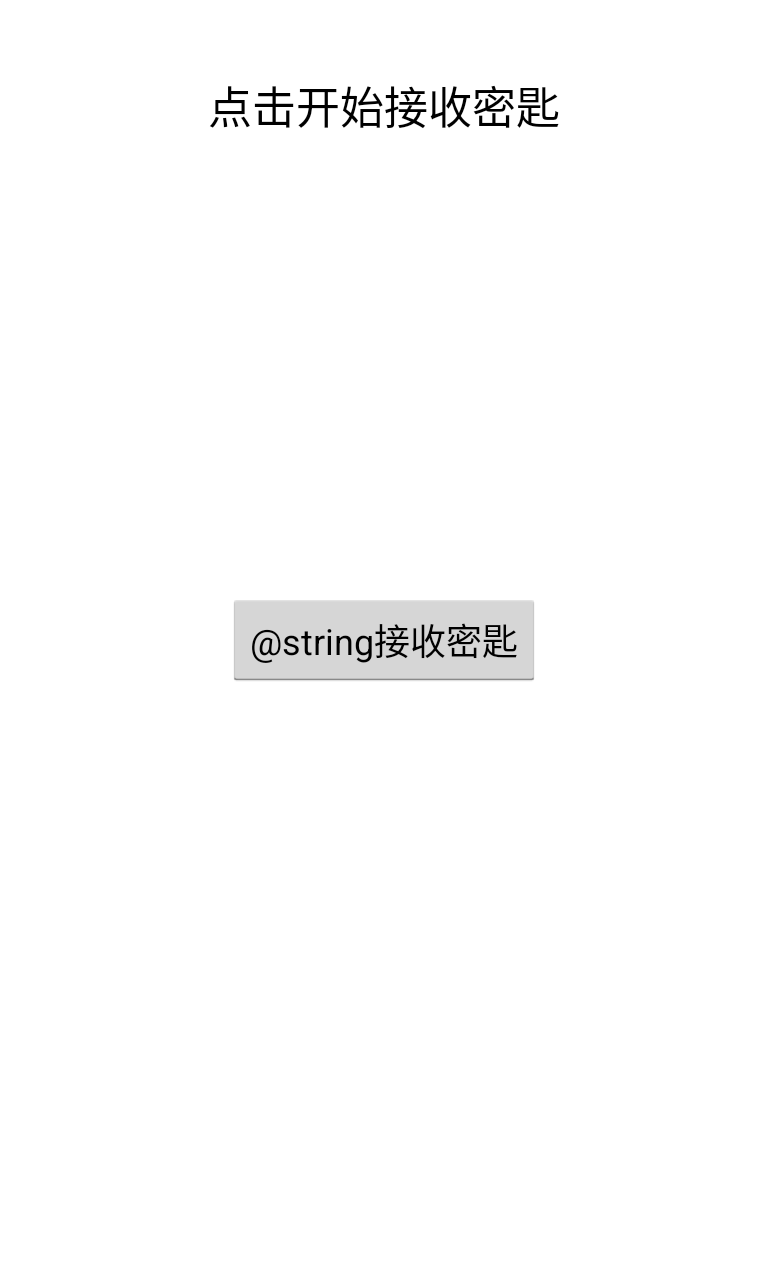
Repository: tenglei/AndroidBackup
Layout: AndroidTest/res/layout/activity_main.xml
An editor plug-in stored every save of this project. The layout is shown before and after the next save, followed by the edit.
It is drawn on a 768 x 1280 px phone screen (xhdpi) without system bars, with theme AppTheme; the app's code is not run.

Above is the layout before, as saved 2017-01-02 06:37:00.

After the next save:
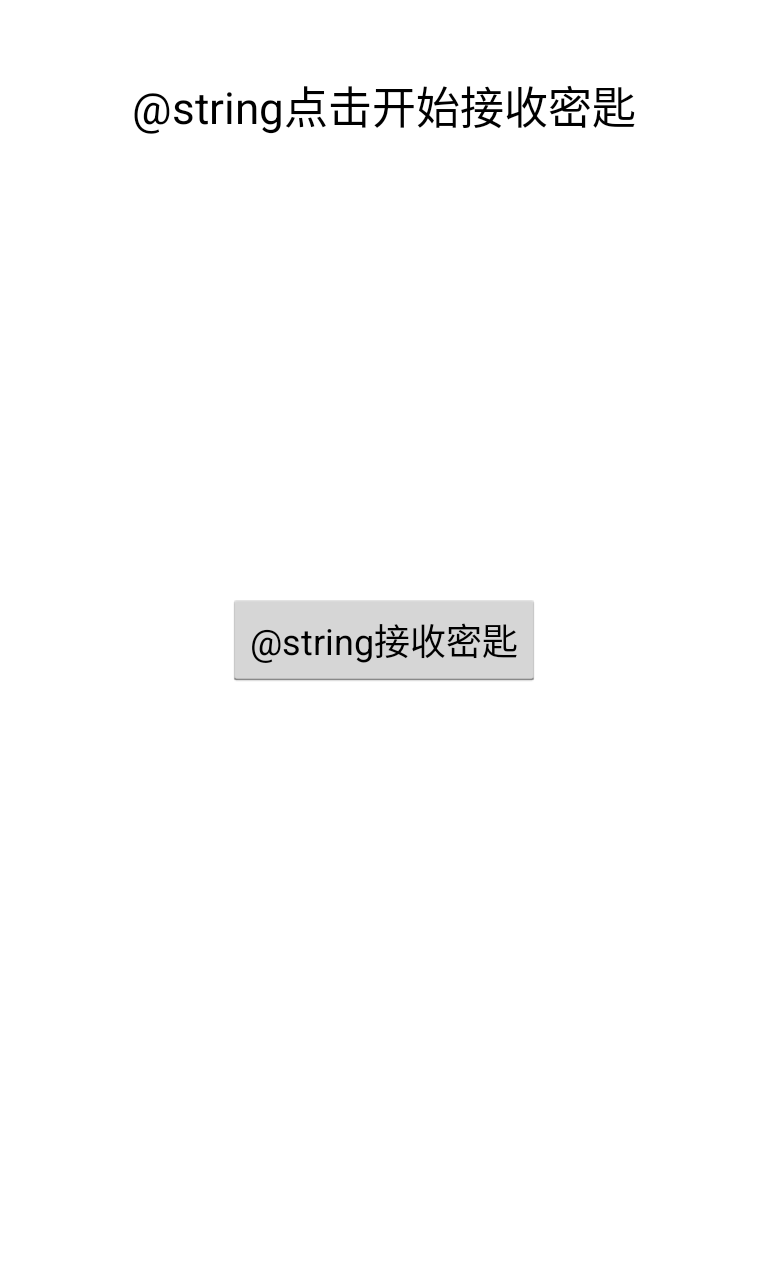
Saved 9 s later.
--- a/AndroidTest/res/layout/activity_main.xml
+++ b/AndroidTest/res/layout/activity_main.xml
@@ -23,7 +23,7 @@
         android:layout_alignParentTop="true"
         android:layout_centerHorizontal="true"
         android:layout_marginTop="20dp"
-        android:text="点击开始接收密匙"
+        android:text="@string点击开始接收密匙"
         android:textAppearance="?android:attr/textAppearanceLarge" />
 
 </RelativeLayout>
